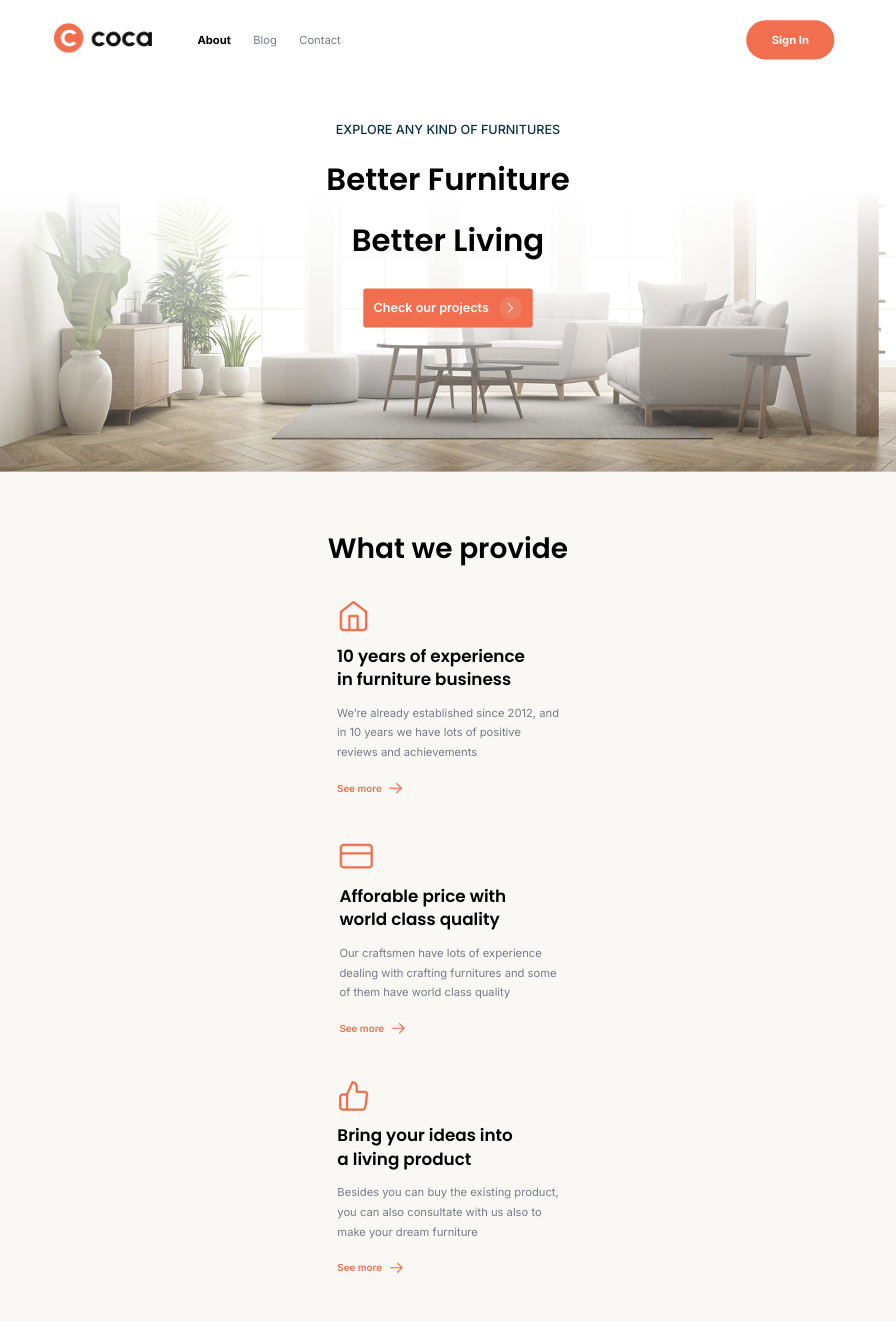
Repository: MatheusEich15/FrontEnd
Page: Prova 1 FrontEnd/Prova 1 FrontEnd/index.html
These files come from the project's save history. The page is drawn as it stood at one moment and after a run of saves; the edit follows.
The browser window is 1280 px wide. The pictures show the part of the page from y = 0 to 1920 px (the page is 5045 px tall before and 4973 px after), at 70% of full size.

Above is the page before, as saved 2026-03-13 10:59:00.

After the next 3 saves:
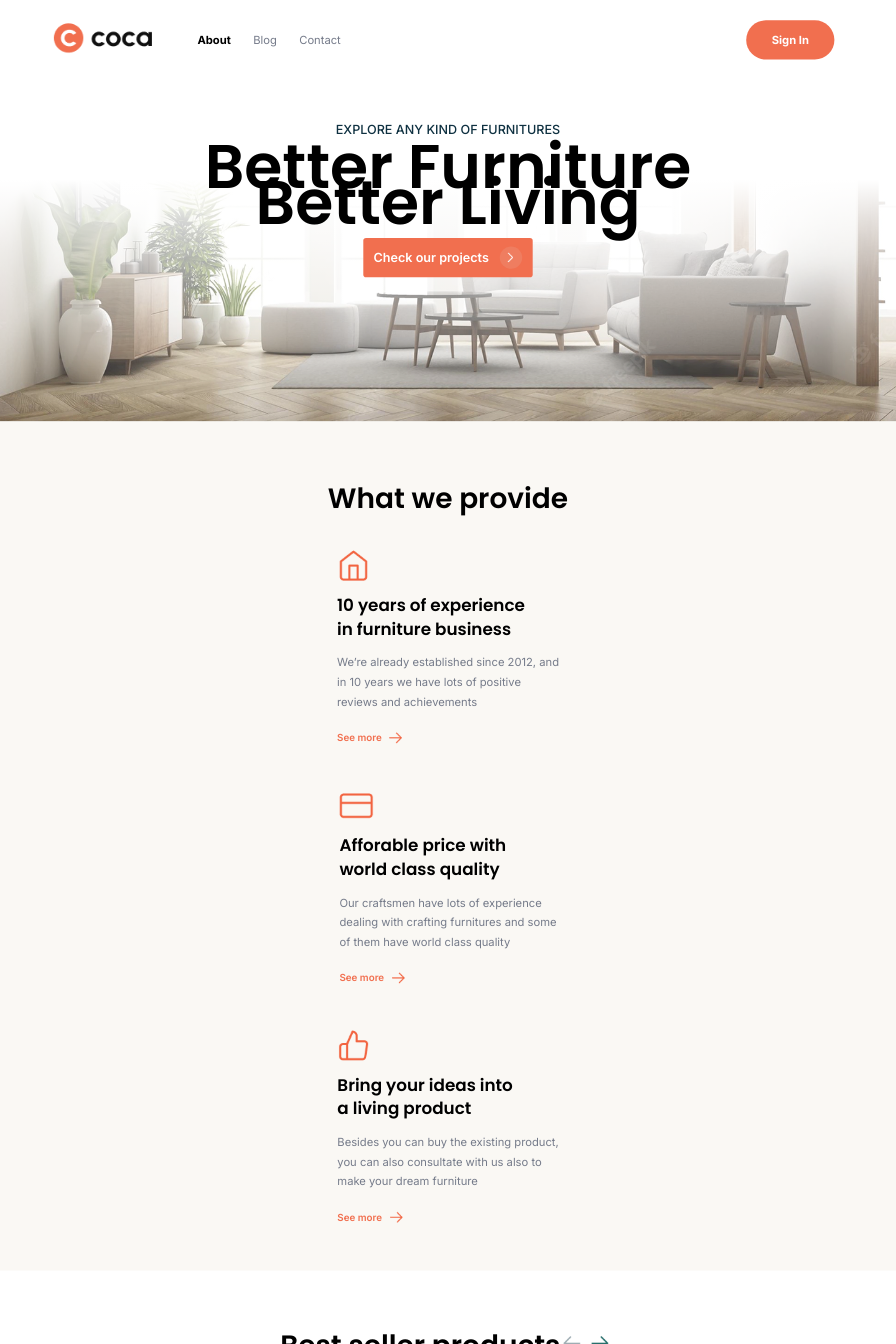
The 3 saves are shown as one change because they came seconds apart.
The last was saved 9 s later.
--- a/Prova 1 FrontEnd/Prova 1 FrontEnd/style.css
+++ b/Prova 1 FrontEnd/Prova 1 FrontEnd/style.css
@@ -680,8 +680,8 @@ footer {
         margin-top: 0.75rem;
         font-family: var(--h-font);
         font-weight: 600;
-        font-size: 2.75rem;
-        line-height: 5.5rem;
+        font-size: 5.5rem;
+        line-height: 3.25rem;
         letter-spacing: -3%;
         text-align: center;
     }
